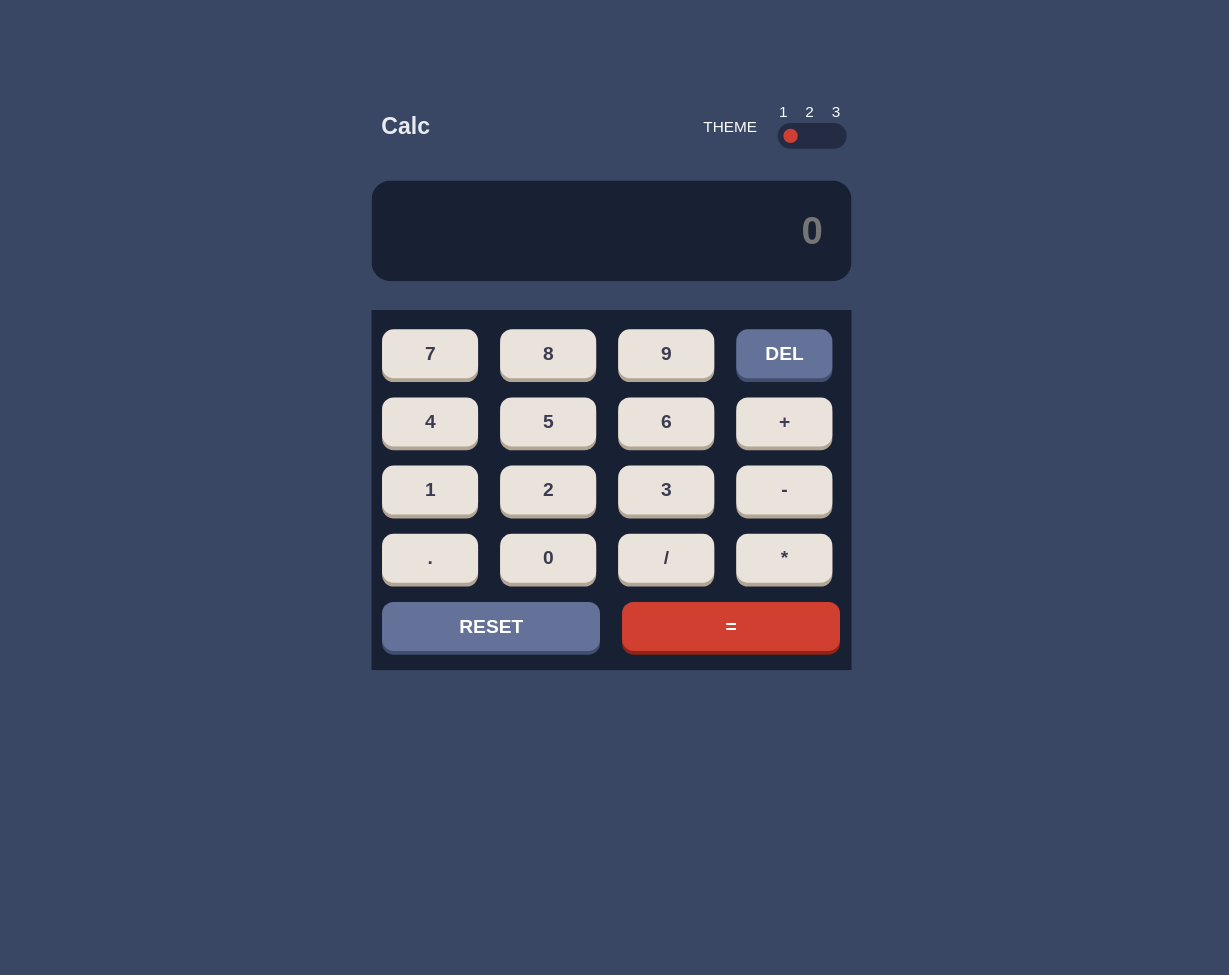
Repository: Bakyproit/Calcutor
Page: index.html
An editor plug-in stored every save of this project. The page is shown before and after the next save, followed by the edit.
The browser window is 1280 px wide. The pictures show the whole page, at 96% of full size.

Above is the page before, as saved 2022-02-11 16:39:45.

### index.html
<!DOCTYPE html>
<html lang="en">
<head>
    <meta charset="UTF-8">
    <meta http-equiv="X-UA-Compatible" content="IE=edge">
    <meta name="viewport" content="width=device-width, initial-scale=1.0">
    <title>SimpleCalculatorApp</title>
    <link rel="stylesheet" href="./App.css">

</head>
<body>
    <div class="container">
        <div class="app">
            <div class="app__title">
                <h1 class="app__title-name">Calc</h1>
                <div class="app__title-theme">
                    <p class="app__title-theme-name">THEME</p>
                    <div class="app__title-theme-box">
                        <div class="app__title-theme-box-number">
                            <span class="app__title-theme-box-number-1">1</span>
                            <span class="app__title-theme-box-number-2">2</span>
                            <span class="app__title-theme-box-number-3">3</span>
                        </div>
                        <div class="app__title-theme-box-toggle" >
                            <label for="toggle-input" class="toggle">
                                <input type="checkbox" id="toggle-input" class="toggle__checkbox">
                                <div class="toggle__bar" id="bgBar">
                                    <div class="toggle__spin"></div>
                                </div>
                            </label>
                        </div>
                    </div>
                </div>
            </div>

            <div class="app__result">
                <input type="text" class="app__result-output" placeholder="0" value="" id="result">
                <!-- <h1 class="app__result-number">399,981</h1> -->
            </div>

            <div class="app__content" id="newBack">
                <div class="app__content-number">
                    <div class="button" onclick="numShow('7')">
                        <span class="number">7</span>
                    </div>
                    <div class="button" onclick="numShow('8')">
                        <span class="number">8</span>
                    </div>
                    <div class="button" onclick="numShow('9')">
                        <span class="number">9</span>
                    </div>
                    <div class="button button-del" onclick="del()">
                        <span class="number number-del">DEL</span>
                    </div>

                    <div class="button" onclick="numShow('4')">
                        <span class="number">4</span>
                    </div>
                    <div class="button" onclick="numShow('5')">
                        <span class="number">5</span>
                    </div>
                    <div class="button" onclick="numShow('6')">
                        <span class="number">6</span>
                    </div>
                    <div class="button" onclick="numShow('+')">
                        <span class="number">+</span>
                    </div>

                    <div class="button" onclick="numShow('1')">
                        <span class="number">1</span>
                    </div>
                    <div class="button" onclick="numShow('2')">
                        <span class="number">2</span>
                    </div>
                    <div class="button" onclick="numShow('3')">
                        <span class="number">3</span>
                    </div>
                    <div class="button" onclick="numShow('-')">
                        <span class="number">-</span>
                    </div>

                    <div class="button" onclick="numShow('.')">
                        <span class="number">.</span>
                    </div>
                    <div class="button" onclick="numShow('0')">
                        <span class="number">0</span>
                    </div>
                    <div class="button" onclick="numShow('/')">
                        <span class="number">/</span>
                    </div>
                    <div class="button" onclick="numShow('*')">
                        <span class="number">*</span>
                    </div>

                    <div class="app__content-number-footer">
                        <div class="button button-reset" onclick="clearAll()">
                            <span class="number number-reset">RESET</span>
                        </div>
                        <div class="button button-return" onclick="calcutor()">
                            <span class="number number-return">=</span>
                        </div>
                    </div>
                </div>
            </div>
        </div>
    </div>

    <script src="./app.js"></script>
</body>
</html>

### App.css
html{
    font-family:Arial, Helvetica, sans-serif ;
    box-sizing: border-box;
    padding: 0;
    margin: 0;
}
h1{
    margin: 0;
}
body{
    background-color: hsl(222, 26%, 31%);
}

.container{
    width: 100%;
    min-height: 1000px;
    position: relative;
}
.app{
    width: 500px;
    position:absolute ;
    top:100px ;
    left:30%;

}
.app__title{
    display: flex;
    justify-content:space-between;

}
.app__title-name{
    color : #e9ebf0 ;
    font-size: 24px;
    padding: 10px;
}
.app__title-theme{
    display: flex;
}
.app__title-theme-name{
    color :20px ;
    color:#fcfeff ;
    margin-right: 16px;
}
.app__title-theme-box{
    display: flex;
    flex-direction: column;
    padding-right: 5px;
}
.app__title-theme-box-number{
    color : #f8ffff ;
}
.app__title-theme-box-number-1{
    padding: 0 7px;
}
.app__title-theme-box-number-2{
    padding: 0 7px;

}
.app__title-theme-box-number-3{
    padding: 0 7px;

}
.app__title-theme-box-toggle{
    padding-top: 2px;
    padding-left: 5px;
}
.toggle__checkbox{
    display: none;
}
.toggle__bar{
    width: 60px;
    height: 15px;
    background-color: hsl(223, 31%, 20%);
    border-radius: 5rem;
    /* transition: background-color 4s linear; */
    padding: 6px;
    cursor: pointer;
}
.toggle__spin{
    width: 15px;
    height: 15px;
    background-color: #cf3f34;
    border-radius: 15px;
    transition: transform .2s linear;
    cursor: pointer;
}
.toggle__checkbox:checked ~ .toggle__bar{
    background-color: #d3cdcd;
}
.toggle__checkbox:checked + .toggle__bar .toggle__spin {
    transform: translateX(1.3rem);
}


.app__result{
    margin:30px 0;
    border-radius: 20px;
    overflow: hidden;

}
.app__result-output{
    box-sizing: border-box;
    width: 500px;
    outline: none;
    border: none;
    background-color: hsl(224, 36%, 15%);
    color: #fff ;
    font-weight: 700;
    text-align: end;
    padding: 30px;
    font-size: 40px;
}


.app__content{
    background-color:hsl(224, 36%, 15%);
}
.app__content-number{
    display: flex;
    flex-wrap: wrap;
}
.button{
    width: 20%;
    height: 51px;
    background-color: #eae3db;
    margin: 20px 12px 0 11px;
    display: flex;
    justify-content: center;
    align-items: center;
    border-radius: 12px ;
    box-shadow: 0px 4px #b2a594 ;
    cursor: pointer;
}
.number{
    color: #3d3b51;
    font-size: 20px;
    font-weight: 800;
}
.app__content-number-footer{
    margin-bottom: 20px;
    width: 100%;
    display: flex;

}
.button-reset{
    flex: 1 ;
}
.button-del ,
.button-reset{
    background-color: #647299 ;
    box-shadow: 0px 4px #414e70 ;
}
.button-return{
    flex: 1 ;
    background-color: #d13f30 ;
    box-shadow: 0px 4px #8f2316 ;
}
.number-reset,
.number-return,
.number-del{
    color : #fff ;
    font-weight: 600;
}

### app.js

let result = document.getElementById("result") ;
function numShow(num){
    result.value += num ;
}
function clearAll(){
    result.value = "" ;
}
function del() {
    result.value = result.value.slice(0,-1);
    //
}
function calcutor(){
    let x = result.value ;
    let y = eval(x) ;
    result.value = y ;
}



const boxToggle = document.querySelector(".app__title-theme-box-toggle");
const newBack = document.querySelector("#newBack");

boxToggle.onclick = function() {
    newBack.style.background = "#d3cdcd" ;
};

After the next save:
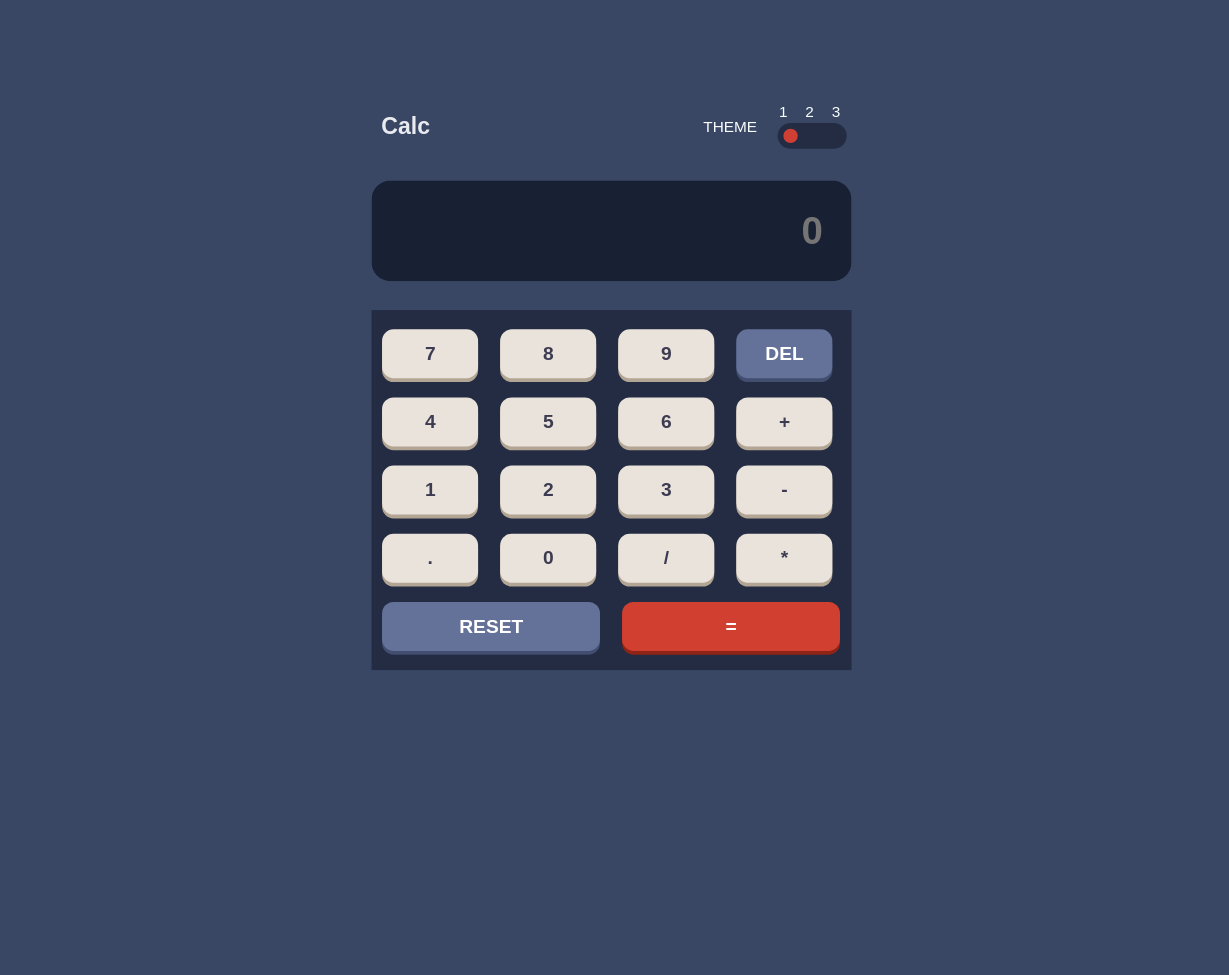
Saved 95 s later.
--- a/App.css
+++ b/App.css
@@ -113,7 +113,7 @@ body{
 
 
 .app__content{
-    background-color:hsl(224, 36%, 15%);
+    background-color:hsl(223, 31%, 20%);
 }
 .app__content-number{
     display: flex;
